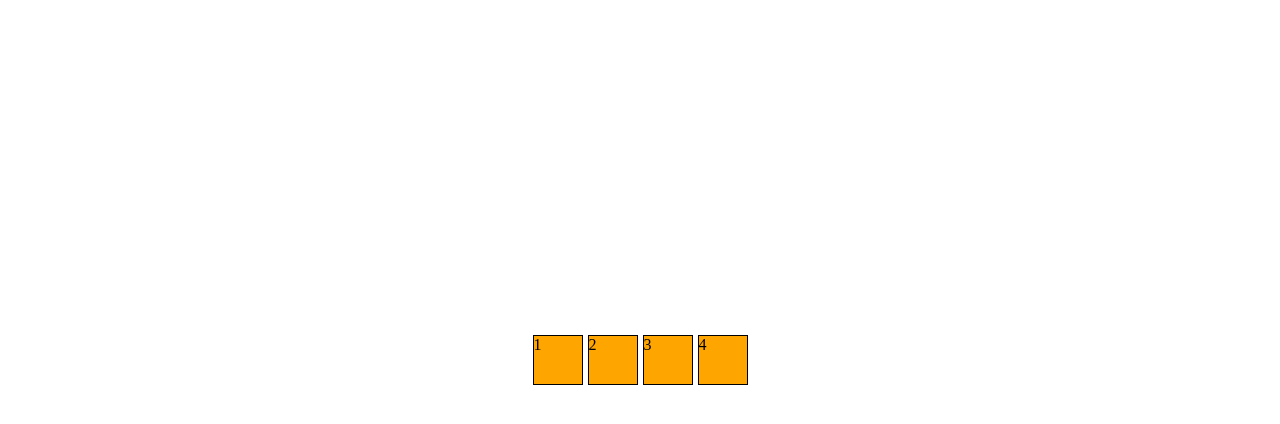
Repository: wisdomphamdev/flex-box
Page: index.html
The author's editor kept a copy of each file at every save. The page is drawn from the files as they stood at one save, then again after the next save.
The browser window is 1280 px wide. The pictures show the whole page.

Above is the page before, as saved 2024-06-10 21:14:38.

### index.html
<!DOCTYPE html>
<html lang="en">
<head>
    <meta charset="UTF-8">
    <meta name="viewport" content="width=device-width, initial-scale=1.0">
    <title>Document</title>
    <link rel="stylesheet" href="style.css">
</head>
<body>
    <div class="container">
        <div class="item">1</div>
        <div class="item">2</div>
        <div class="item">3</div>
        <div class="item">4</div>


    </div>
</body>
</html>

### style.css
* {
  padding: 0;
  margin: 0;
  box-sizing: border-box;
}

.item {
  height: 50px;
  width: 50px;
  border: 1px solid #000;
  background: orange;
}

.container {
  height: 100vh;
  display: flex;
  /* flex-direction: column; */
  /* flex-direction: row; */
  /* flex-direction: column-reverse;*/
  /* flex-direction: row-reverse; */
  /* flex-wrap:nowrap ; */
  flex-wrap:wrap ;
  /* flex-wrap: wrap-reverse; */
  justify-content:center ;
  /* justify-content:flex-end ; */
  /* justify-content:flex-start ; */
  /* justify-content:space-between ; */
  /* justify-content:space-around ; */
  /* justify-content: space-evenly; */
  /* align-items: start; */
  align-items: center;
  /* align-items: end; */
    row-gap: 5px;
    column-gap: 5px;
}

After the next save:
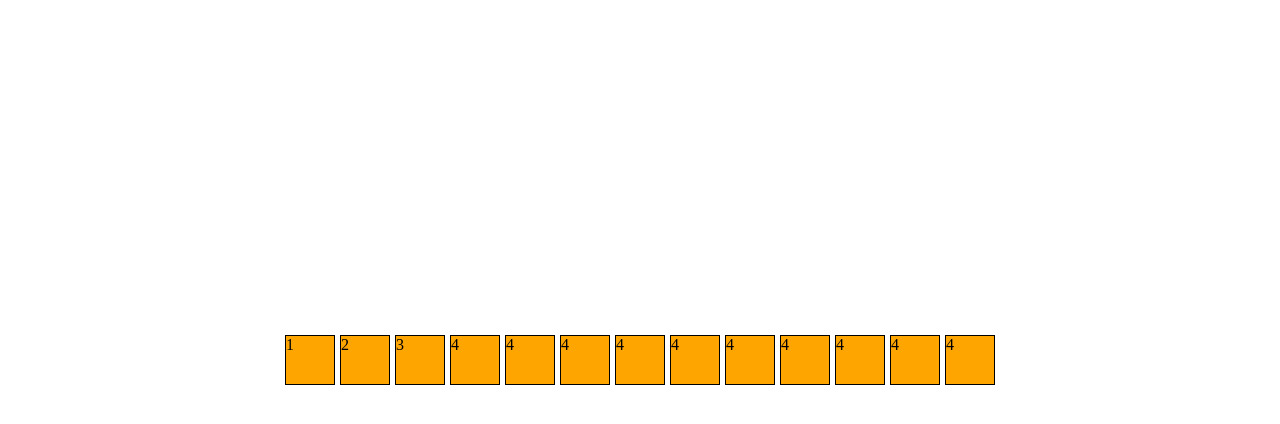
Saved 6 s later.
--- a/index.html
+++ b/index.html
@@ -12,6 +12,15 @@
         <div class="item">2</div>
         <div class="item">3</div>
         <div class="item">4</div>
+        <div class="item">4</div>
+        <div class="item">4</div>
+        <div class="item">4</div>
+        <div class="item">4</div>
+        <div class="item">4</div>
+        <div class="item">4</div>
+        <div class="item">4</div>
+        <div class="item">4</div>
+        <div class="item">4</div>
 
 
     </div>
